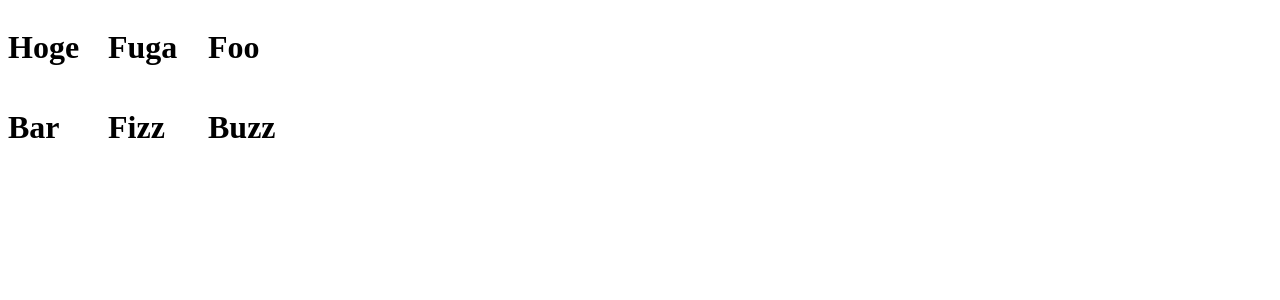
Repository: Kazumi-pro/samurai-HTML-CSS
Page: 15/grid.html
The author's editor kept a record of every edit. The page is drawn from the files as they stood at one moment, then again after the next edit.
The browser window is 1280 px wide. The pictures show the whole page.

Above is the page before.

After the next edit:
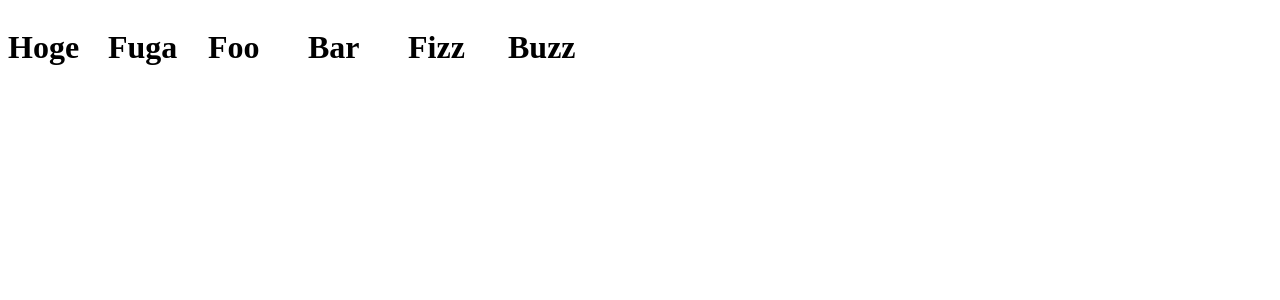
The edit:
--- a/15/grid.html
+++ b/15/grid.html
@@ -3,7 +3,7 @@
         <style>
             #grid {
                 display: grid;
-                grid-template-columns: 100px 100px 100px;
+                grid-template-columns: 100px 100px 100px 100px 100px 100px;
             }
         </style>
     </head>
